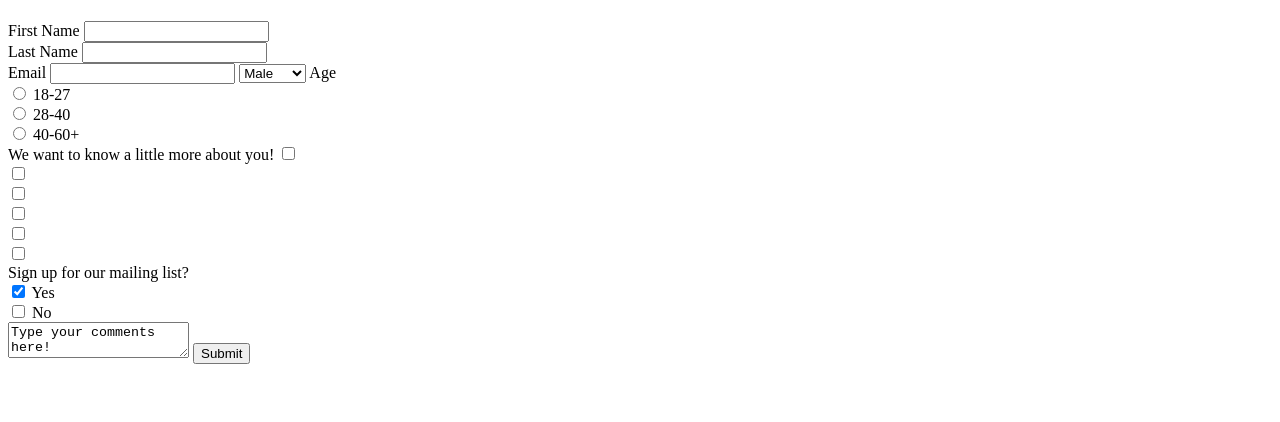
Repository: sunkim96/cosw30
Page: homework/homework2/contact.html
The author's editor kept a record of every edit. The page is drawn from the files as they stood at one moment, then again after the next edit.
The browser window is 1280 px wide. The pictures show the whole page.

Above is the page before.

After the next edit:
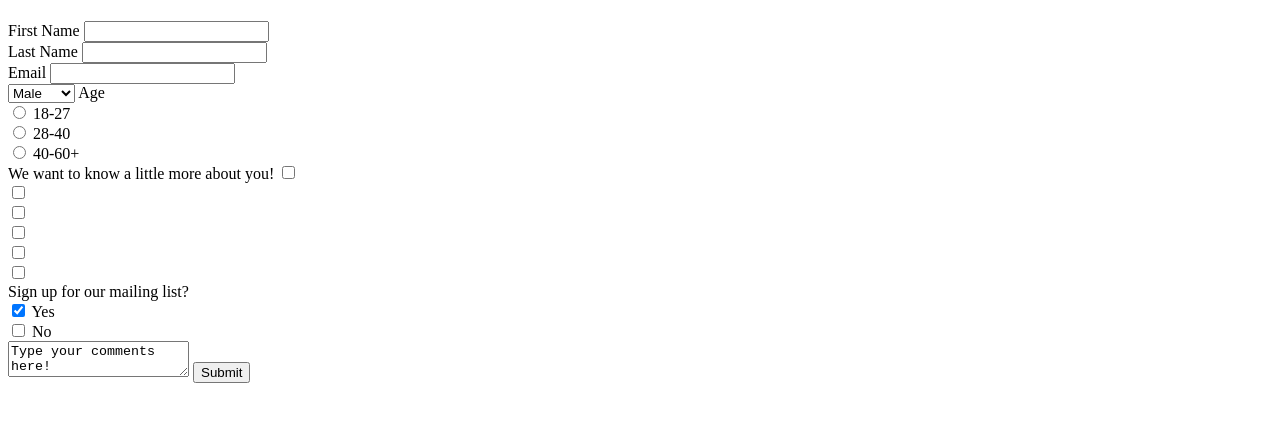
The edit:
--- a/homework/homework2/contact.html
+++ b/homework/homework2/contact.html
@@ -17,7 +17,7 @@
             <input type="text" id="last_name" name="last_name" required><br>
 
             <label for="email">Email</label>
-            <input type="email" id="email" name="email" required>
+            <input type="email" id="email" name="email" required><br>
 
 
             <!-- gender as a dropdown !-->
